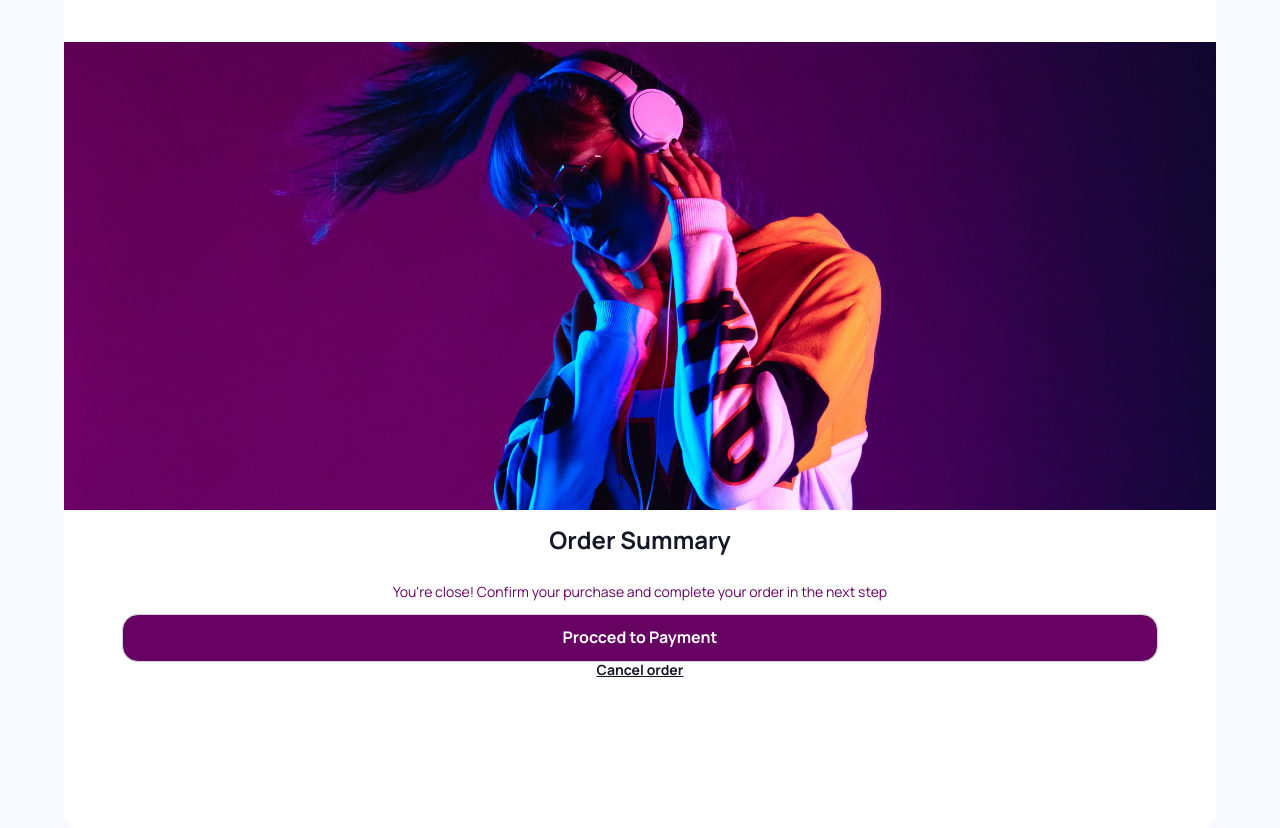
Repository: ssynowiec/INVO-Academy-solution
Page: /
The author's editor kept a copy of each file at every save. The page is drawn from the files as they stood at one save, then again after the next save.
The browser window is 1280 px wide. The pictures show the whole page.
The project was rebuilt for these pictures with package versions that can differ from the ones it lists, and the page was loaded fresh each time.

Above is the page before, as saved 2023-02-16 09:44:36.

After the next save:
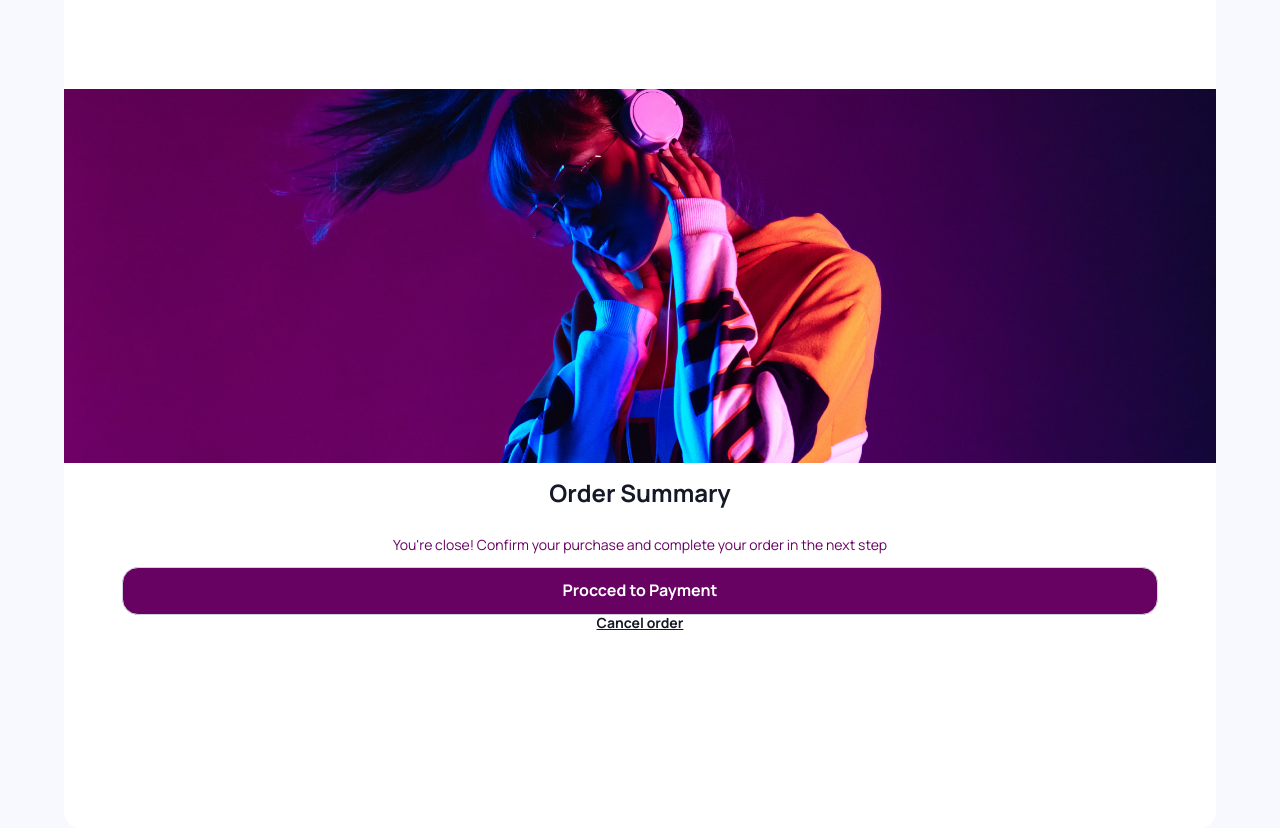
Saved 4 s later.
--- a/src/pages/home-page/styles/home-page.scss
+++ b/src/pages/home-page/styles/home-page.scss
@@ -18,7 +18,7 @@
 
 	&-image {
 		width: 100%;
-		height: 50%;
+		height: 40%;
 		object-fit: cover;
 	}
 

After the save that followed:
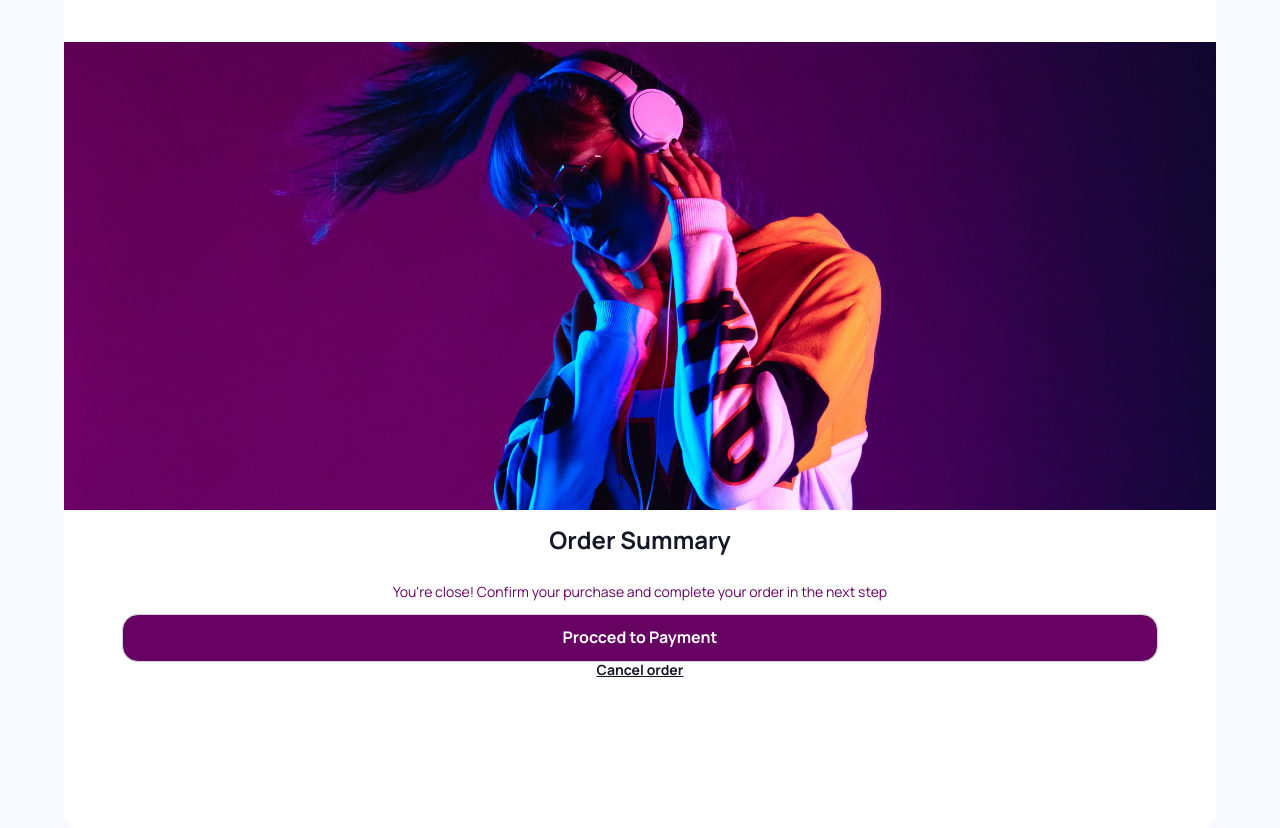
Saved 7 s later.
--- a/src/pages/home-page/styles/home-page.scss
+++ b/src/pages/home-page/styles/home-page.scss
@@ -18,7 +18,7 @@
 
 	&-image {
 		width: 100%;
-		height: 40%;
+		height: 50%;
 		object-fit: cover;
 	}
 
